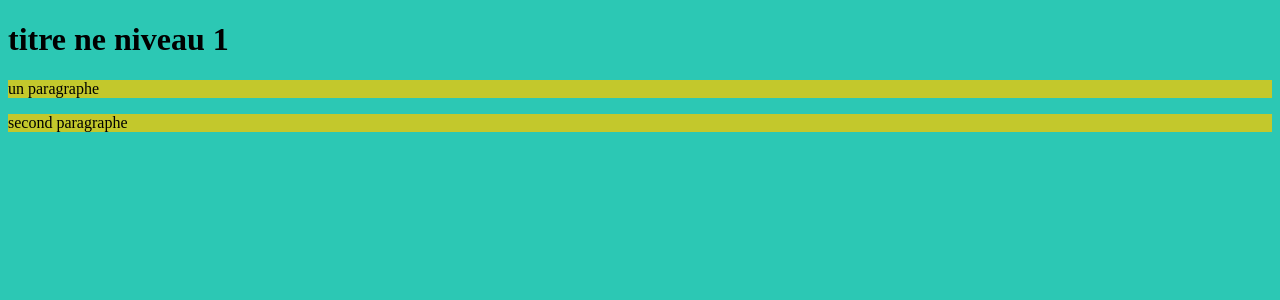
Repository: Poulpyto/fitec
Page: workspaceHtmlFlo/PremierTp_htmlCss/WebContent/htmlEtCss.html
The author's editor kept a copy of each file at every save. The page is drawn from the files as they stood at one save, then again after the next save.
The browser window is 1280 px wide. The pictures show the whole page.

Above is the page before, as saved 2017-04-03 12:40:25.

### workspaceHtmlFlo/PremierTp_htmlCss/WebContent/htmlEtCss.html
<!DOCTYPE html>
<html>
	<head>
		<meta charset="UTF-8">
		<title>HTML et CSS</title>
		<link rel="stylesheet" href="css/style.css" />
	</head>
	<body>
		<h1>titre ne niveau 1</h1>
		<p>un paragraphe</p>
		<p>second paragraphe</p>
	</body>
</html>

### workspaceHtmlFlo/PremierTp_htmlCss/WebContent/css/style.css
@CHARSET "UTF-8";

body{
	background-color: #2CC8B4;
}

p{
	background-color: #C3C82C;
	font-family: cursive;
	font-size: 40 px;
}

After the next save:
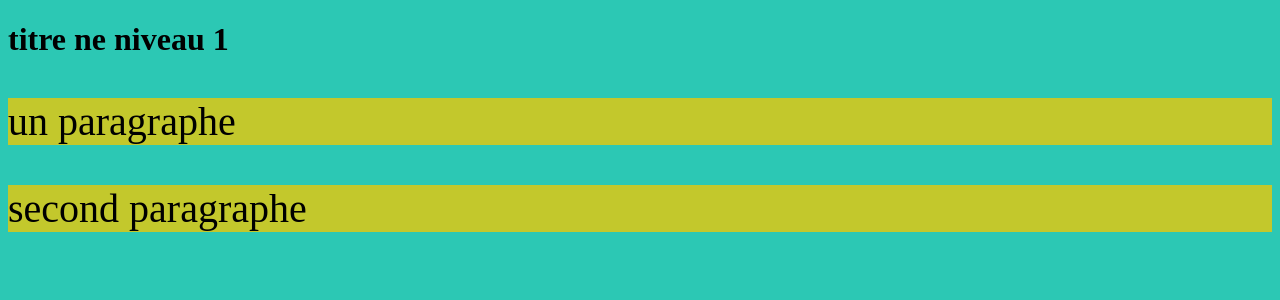
Saved 7 s later.
--- a/workspaceHtmlFlo/PremierTp_htmlCss/WebContent/css/style.css
+++ b/workspaceHtmlFlo/PremierTp_htmlCss/WebContent/css/style.css
@@ -7,5 +7,5 @@ body{
 p{
 	background-color: #C3C82C;
 	font-family: cursive;
-	font-size: 40 px;
+	font-size: 40px;
 }
